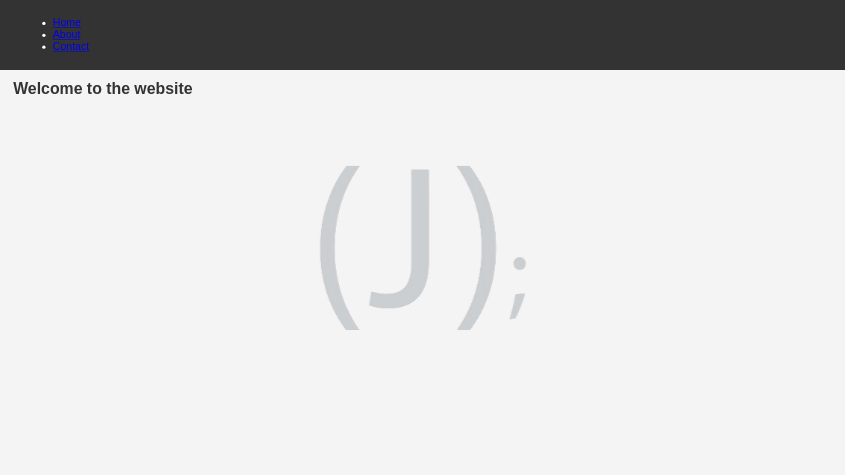
Repository: JoyMoGas/HelujaArc
Page: http://localhost/
These files come from the project's save history. The page is drawn as it stood at one moment and after the next save; the edit follows.
The browser window is 1280 px wide. The pictures show the whole page, at 66% of full size.
The page is served by the project's application, run on Flask 3 (run.py).

Above is the page before, as saved 2024-08-11 15:35:08.

After the next save:
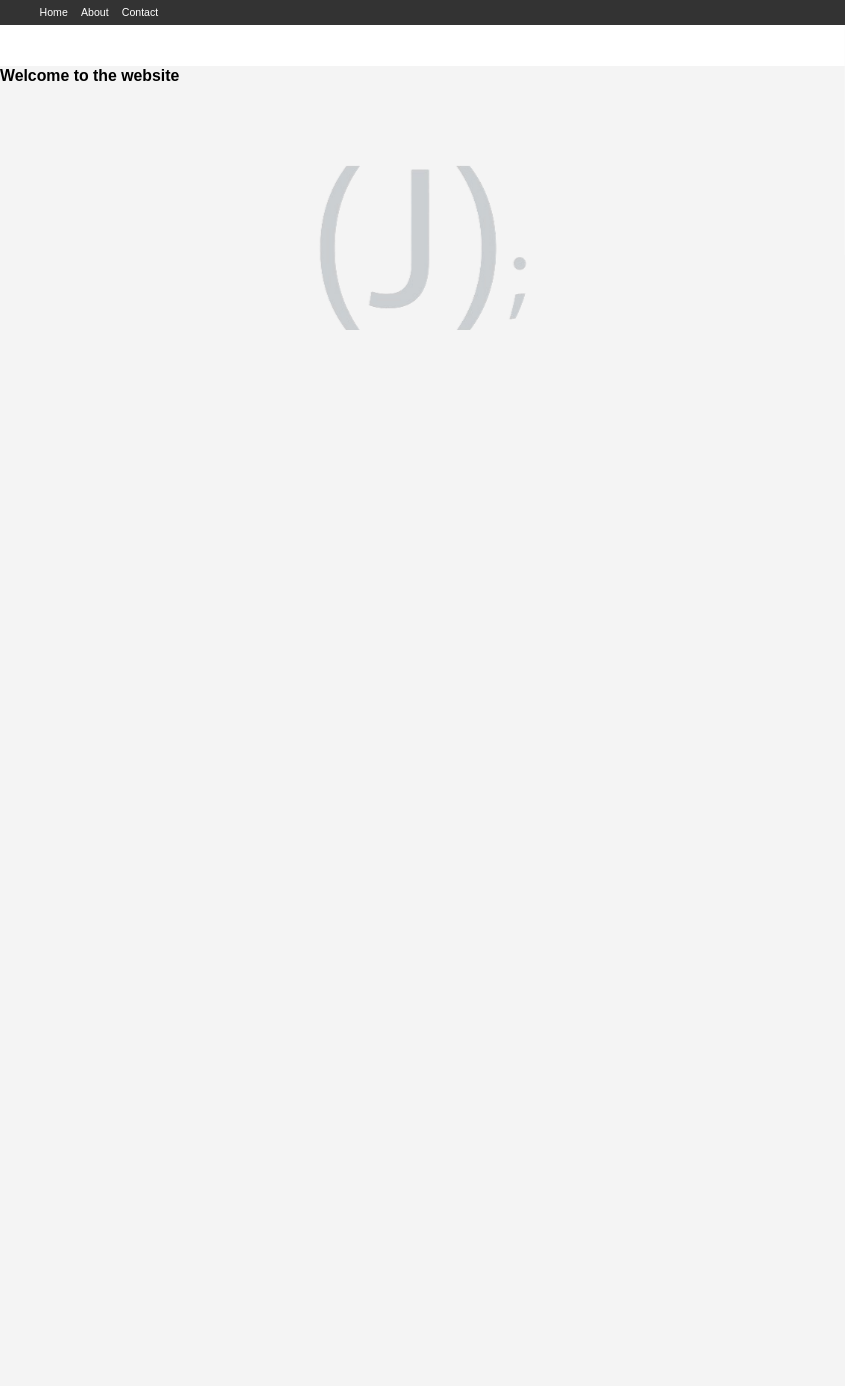
Saved 9 s later.
--- a/static/style.css
+++ b/static/style.css
@@ -1,94 +1,72 @@
-/* Estilo para el cuerpo de la página */
+/* Reset de márgenes y padding */
+body, h1, ul, li {
+    margin: 0;
+    padding: 0;
+}
+
+/* Estilo para el cuerpo */
 body {
-    margin: 0;
     font-family: Arial, sans-serif;
-    background-color: #f4f4f4; /* Color de fondo del body */
-    color: #333; /* Color del texto del body */
-    position: relative; /* Necesario para la posición del logotipo */
+    padding-top: 100px; /* Ajusta según el tamaño de la navbar */
 }
 
 /* Estilo para la navbar */
 .navbar {
     position: fixed;
     top: 0;
+    left: 0;
     width: 100%;
-    background-color: #333; /* Color de fondo de la navbar */
-    color: white;
+    background-color: #333;
+    color: #fff;
     display: flex;
+    justify-content: center;
     align-items: center;
-    padding: 10px 40px; /* Espacio ajustado a la izquierda */
-    z-index: 1000; /* Asegura que la navbar esté por encima de otros contenidos */
-    box-sizing: border-box; /* Asegura que el padding se incluya en el ancho total */
+    transition: background-color 0.3s;
+    z-index: 1000;
+}
+
+/* Contenido de la navbar */
+.navbar-content {
+    display: flex;
+    justify-content: space-between;
+    align-items: center;
+    width: 100%;
+    max-width: 1200px;
+    padding: 10px;
 }
 
 /* Logo en la navbar */
-.navbar-logo {
-    position: absolute;
-    top: 10px;
-    left: 20px; /* Ajusta según la ubicación deseada en la navbar */
-    width: 60px; /* Tamaño del logotipo en la navbar */
-    height: auto;
-    transition: transform 0.5s ease, width 0.5s ease, height 0.5s ease;
-    display: none; /* Inicialmente oculto */
-    z-index: 1001; /* Asegura que el logotipo esté por encima del contenido de la navbar */
+.navbar img {
+    height: 50px;
+    transition: height 0.3s, transform 0.3s;
 }
 
-/* Define la animación de deslizamiento */
-@keyframes slideToNavbar {
-    0% {
-        transform: translateY(0) translateX(0) scale(1);
-    }
-    100% {
-        transform: translateY(calc(-50vh + 10px)) translateX(calc(-50vw + 20px)) scale(0.5);
-    }
+/* Estilo para los enlaces de la navbar */
+.navbar nav ul {
+    display: flex;
+    list-style-type: none;
 }
 
-/* Estilos iniciales del logotipo en el body */
-#body-logo {
-    position: absolute; /* Cambiado a absolute para que el logotipo esté en el flujo del contenido */
-    top: 10px;
-    left: 20px;
-    transform: translate(0, 0);
-    transition: transform 0.5s ease, width 0.5s ease, height 0.5s ease;
-    z-index: 999; /* Asegura que el logotipo esté por encima del contenido, pero no de la navbar */
-}
-
-/* Aplica los estilos cuando el usuario hace scroll */
-.scrolled #body-logo {
-    transform: translateY(calc(-50vh + 10px)) translateX(calc(-50vw + 20px)) scale(0.5);
-}
-
-.scrolled .navbar-logo {
-    display: block; /* Muestra el logotipo en la navbar */
-    animation: slideToNavbar 1s forwards; /* Aplica la animación */
-}
-
-/* Estilos para los enlaces en la navbar */
-.navbar-links {
-    list-style: none;
-    margin: 0;
-    padding: 0;
-    display: flex;
-    margin-left: 80px; /* Ajustado para dejar espacio para el logotipo */
-}
-
-.navbar-links li {
+.navbar nav ul li {
     margin-left: 20px;
 }
 
-.navbar-links a {
-    color: white;
+.navbar nav ul li a {
+    color: #fff;
     text-decoration: none;
-    font-size: 16px;
-    transition: color 0.3s ease;
 }
 
-.navbar-links a:hover {
-    color: #ddd; /* Color del enlace al pasar el cursor */
+/* Estilo para el contenido del body */
+.content {
+    height: 2000px; /* Solo para propósitos de prueba, ajusta según tu contenido */
+    background: #f4f4f4;
 }
 
-/* Contenido de la página */
-.content {
-    padding: 20px;
-    margin-top: 80px; /* Ajusta el margen superior para que el contenido no quede oculto debajo de la navbar */
+/* Logo en el cuerpo */
+#logo {
+    position: absolute;
+    top: 20px;
+    left: 20px;
+    height: 100px;
+    transition: top 0.3s, left 0.3s, height 0.3s, transform 0.3s;
 }
